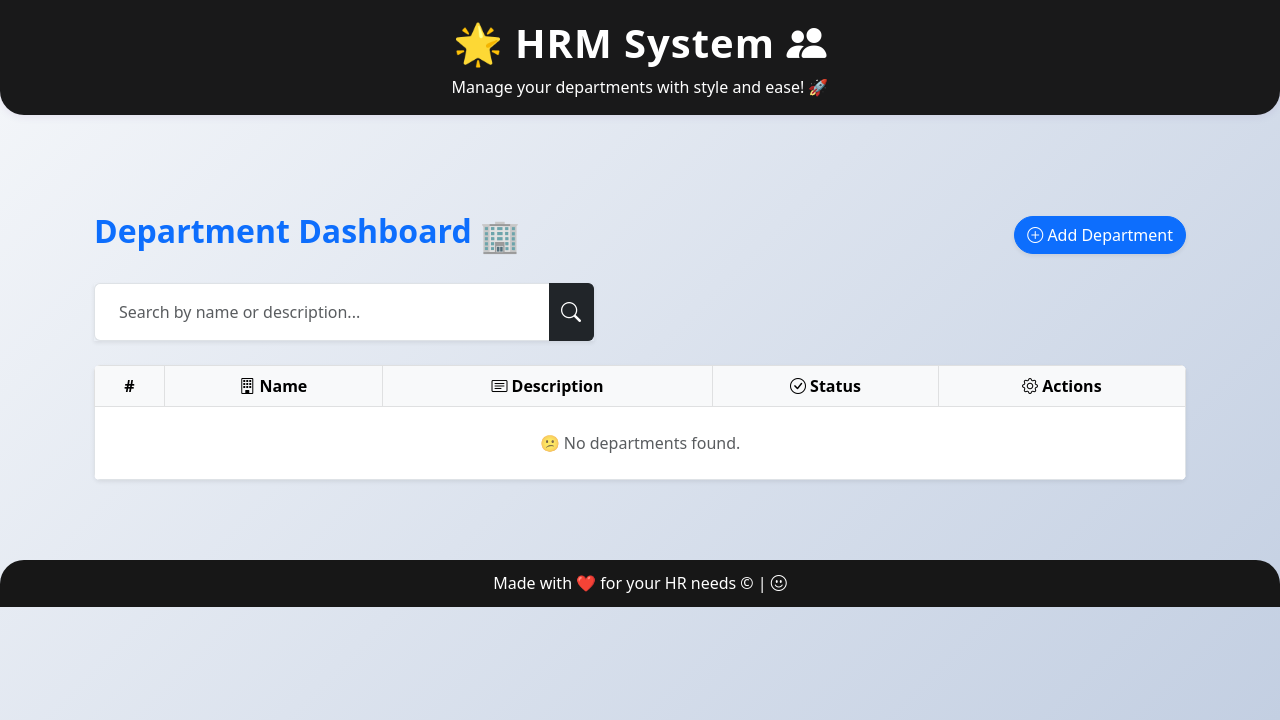
Repository: rtrupti09/HRMS
Page: hrm_system/templates/department/dashboard.html
The author's editor kept a copy of each file at every save. The page is drawn from the files as they stood at one save, then again after the next save.
The browser window is 1280 px wide. The pictures show the whole page.
The page is served by the project's application, run on Django 5.2 (hrm_system/manage.py). The template is opened directly, without the code that normally fills it, so the values that code supplies are empty.

Above is the page before, as saved 2025-06-22 15:52:00.

After the next save:
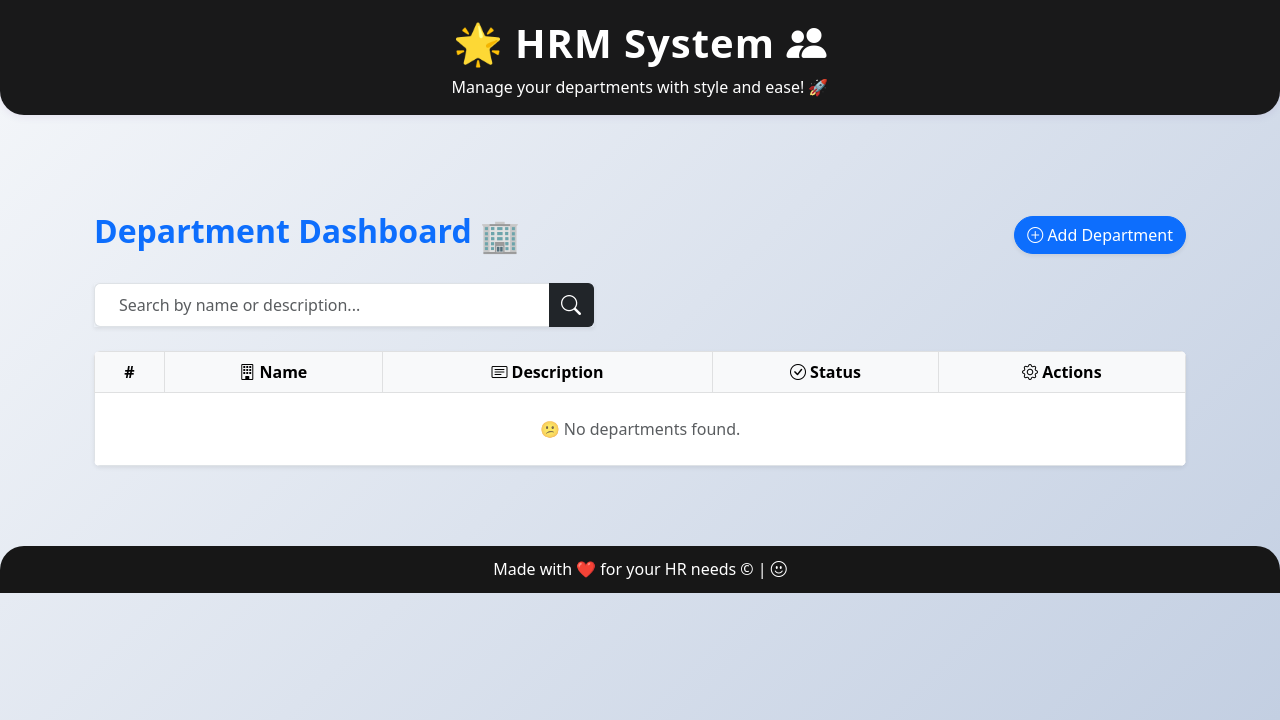
Saved 9 s later.
--- a/hrm_system/templates/department/dashboard.html
+++ b/hrm_system/templates/department/dashboard.html
@@ -20,7 +20,7 @@
 <!-- Stylish Search Form -->
 <form method="get" class="input-group mb-4 shadow-sm" style="max-width: 500px;">
     <input type="text" name="search" value="{{ search }}"
-           class="form-control px-4 py-3 border-end-0 "
+           class="form-control px-4 py-2 border-end-0 "
            placeholder="Search by name or description..."
            style="font-size: 1rem;">
     <button class="btn btn-dark border-start-0 " type="submit">
